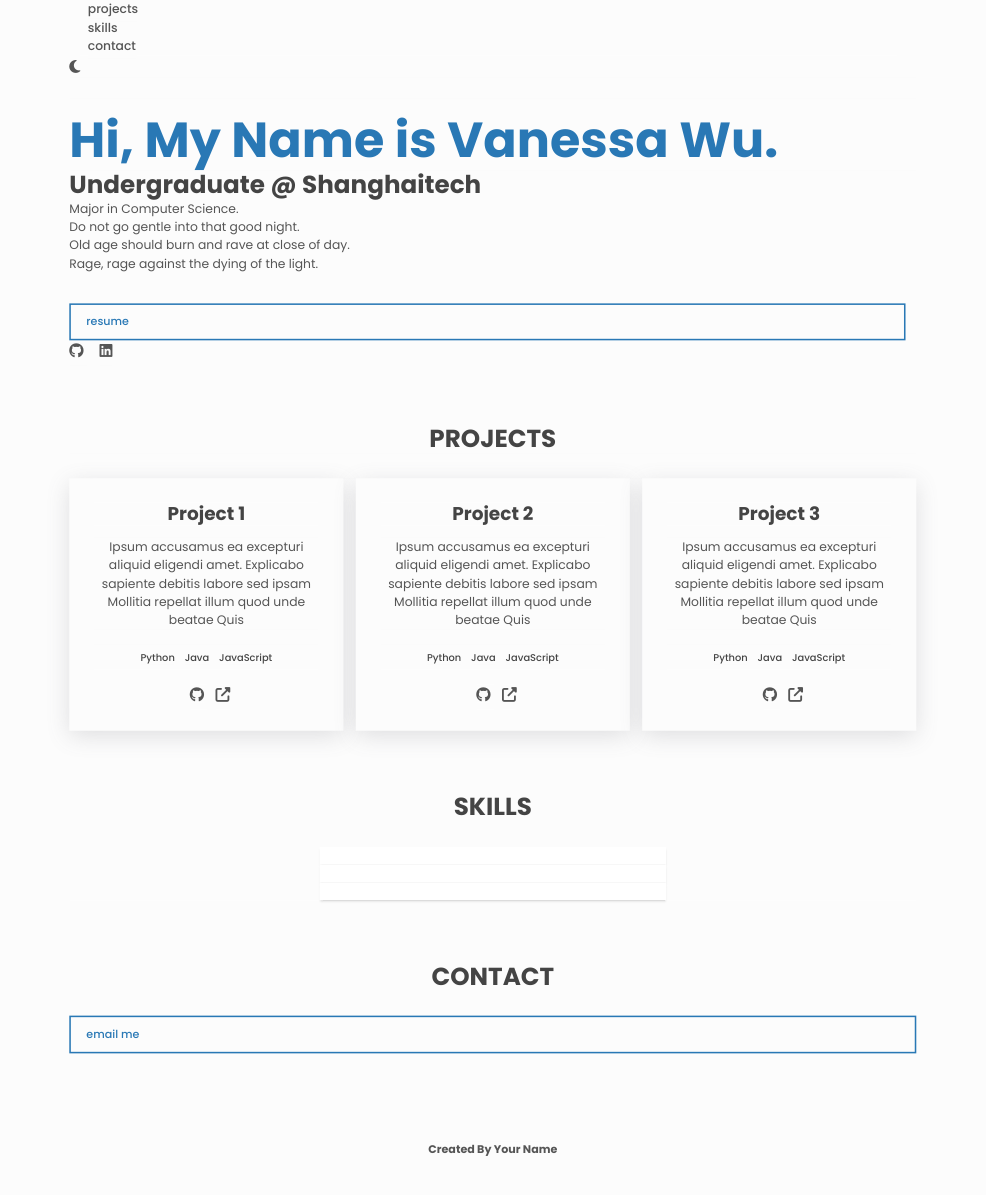
Repository: indiansummer1022/Cubstart
Page: Web Track/hw1/index.html
These files come from the project's save history. The page is drawn as it stood at one moment and after a run of saves; the edit follows.
The browser window is 1280 px wide. The pictures show the whole page, at 77% of full size.
Some web libraries are served in a nearby version.

Above is the page before, as saved 2022-02-16 00:28:16.

After the next 2 saves:
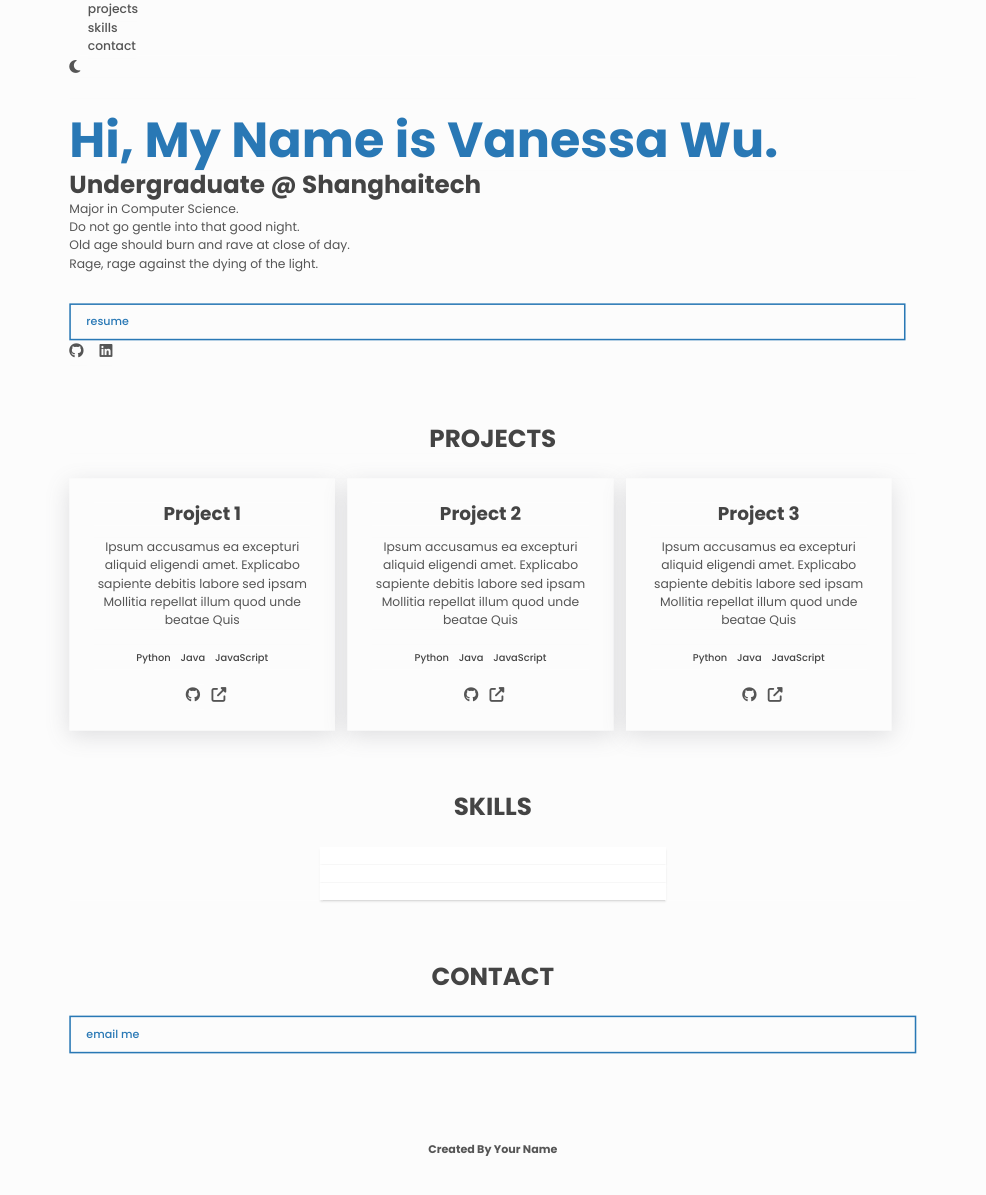
The 2 saves are shown as one change because they came seconds apart.
The last was saved 12 s later.
--- a/Web Track/hw1/styles.css
+++ b/Web Track/hw1/styles.css
@@ -303,7 +303,7 @@
   /* display: */
   display: grid;
   /* grid-template-columns: */
-  grid-template-columns: repeat(auto-fit, calc(100% / 3 - 1em * 2 / 3));
+  grid-template-columns: repeat(auto-fit, calc(100% / 3 - 2em * 2 / 3));
   /* grid-gap: */
   grid-gap: 1em;
 }

After the save that followed:
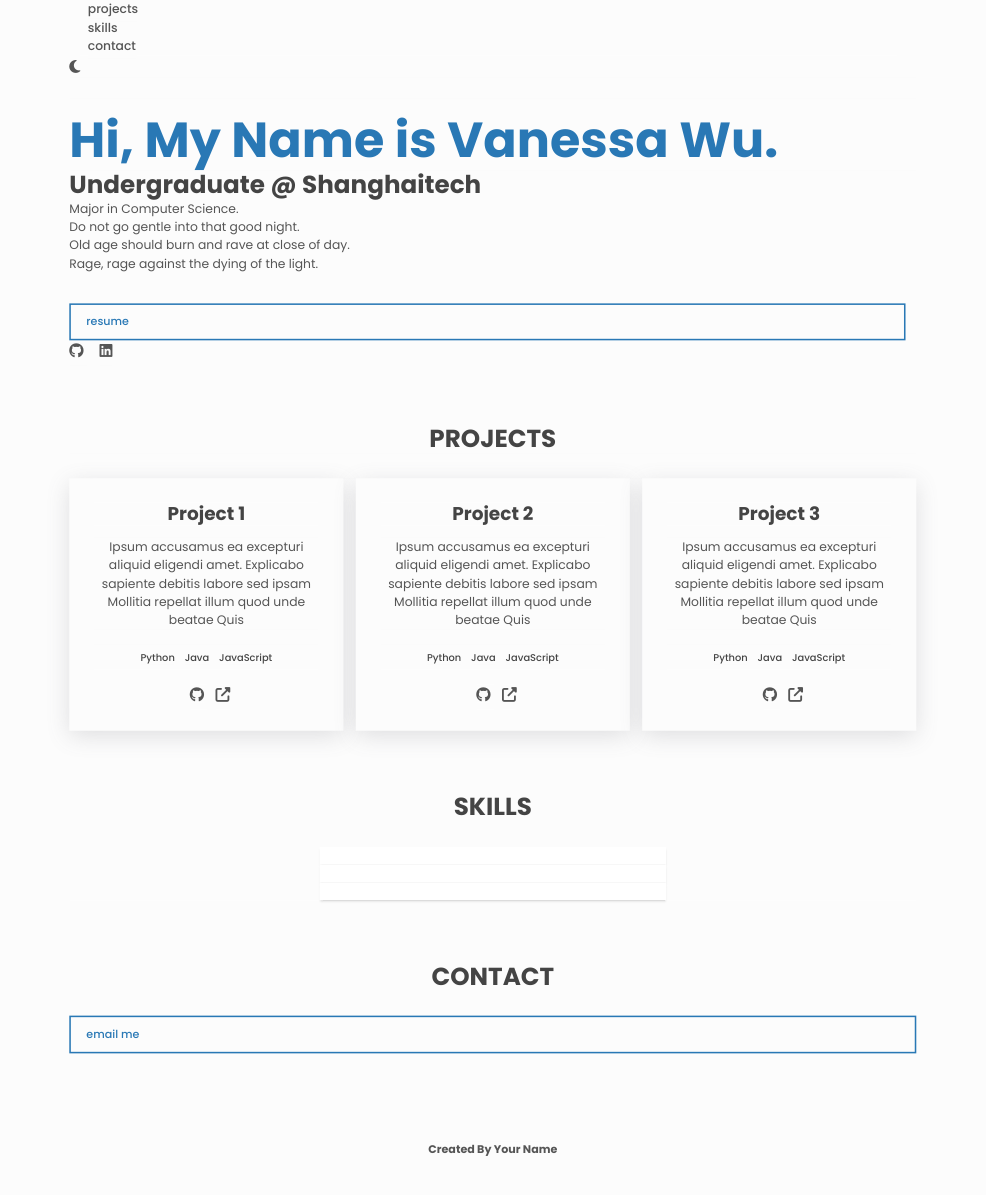
Saved 4 s later.
--- a/Web Track/hw1/styles.css
+++ b/Web Track/hw1/styles.css
@@ -303,7 +303,7 @@
   /* display: */
   display: grid;
   /* grid-template-columns: */
-  grid-template-columns: repeat(auto-fit, calc(100% / 3 - 2em * 2 / 3));
+  grid-template-columns: repeat(auto-fit, calc(100% / 3 - 1em * 2 / 3));
   /* grid-gap: */
   grid-gap: 1em;
 }
